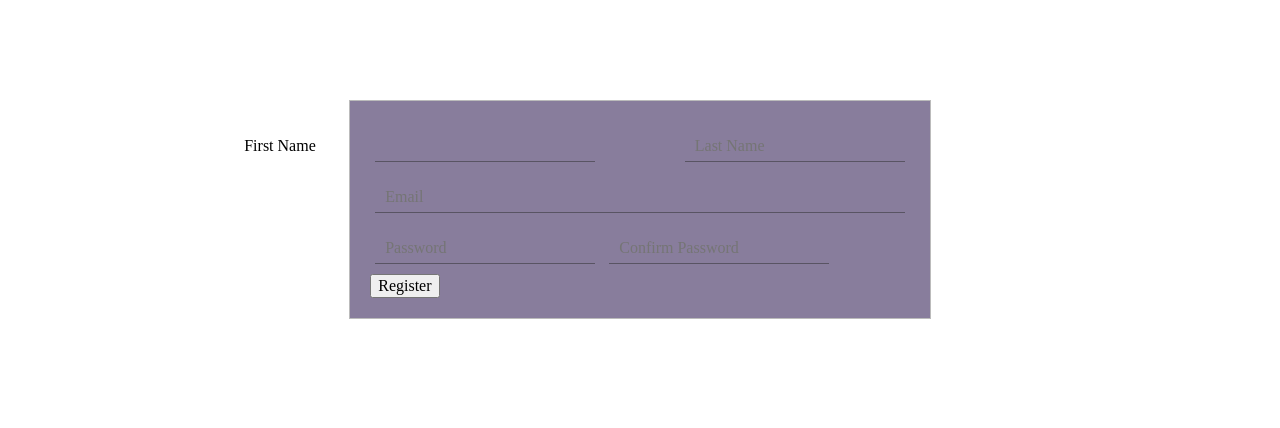
Repository: AMAmine89/vanilla-projects
Page: formo/index.html
These files come from the project's save history. The page is drawn as it stood at one moment and after the next save; the edit follows.
The browser window is 1280 px wide. The pictures show the whole page.

Above is the page before, as saved 2021-05-05 06:43:28.

After the next save:
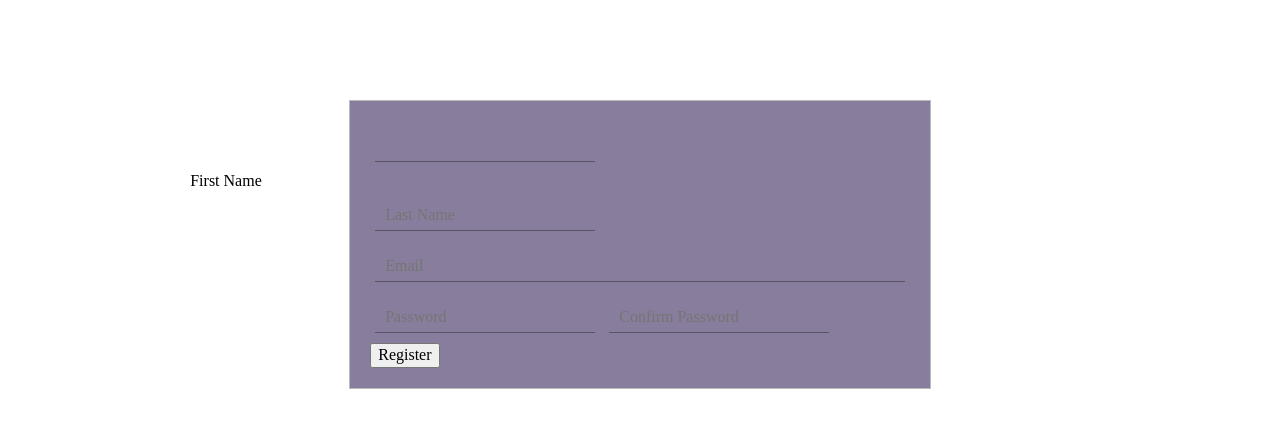
Saved 23 s later.
--- a/formo/style.css
+++ b/formo/style.css
@@ -66,7 +66,7 @@ input[name="first-name"]:focus::before {
     bottom: 20px;
 }
 
-label {
+/*label {
     cursor: text;
     display: inline-block;
     position: relative;
@@ -77,4 +77,4 @@ label {
     -moz-transition: bottom .7s ease-in-out;
     -ms-transition: bottom .7s ease-in-out;
     -o-transition: bottom .7s ease-in-out;
-}
+}*/

After the save that followed:
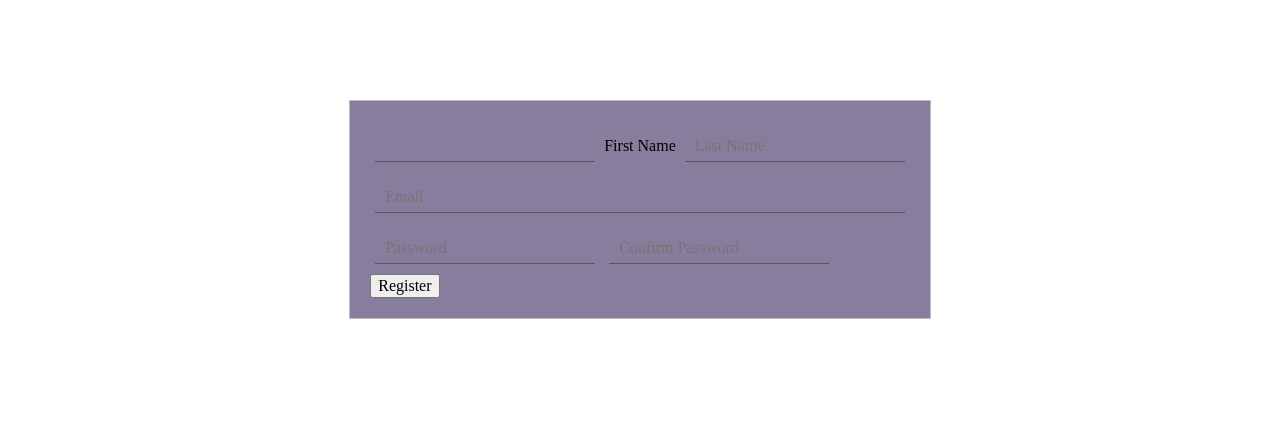
Saved 20 s later.
--- a/formo/style.css
+++ b/formo/style.css
@@ -54,12 +54,12 @@ input:not(input[type="submit"]):focus::after {
 input[name="first-name"] + label::before {
     content: 'First Name';
     cursor: text;
-    width: 100%;
+    /*width: 100%;
     height: 100%;
     display: inline-block;
     position: relative;
     bottom: auto;
-    left: -180px;
+    left: -180px;*/
 }
 
 input[name="first-name"]:focus::before {
